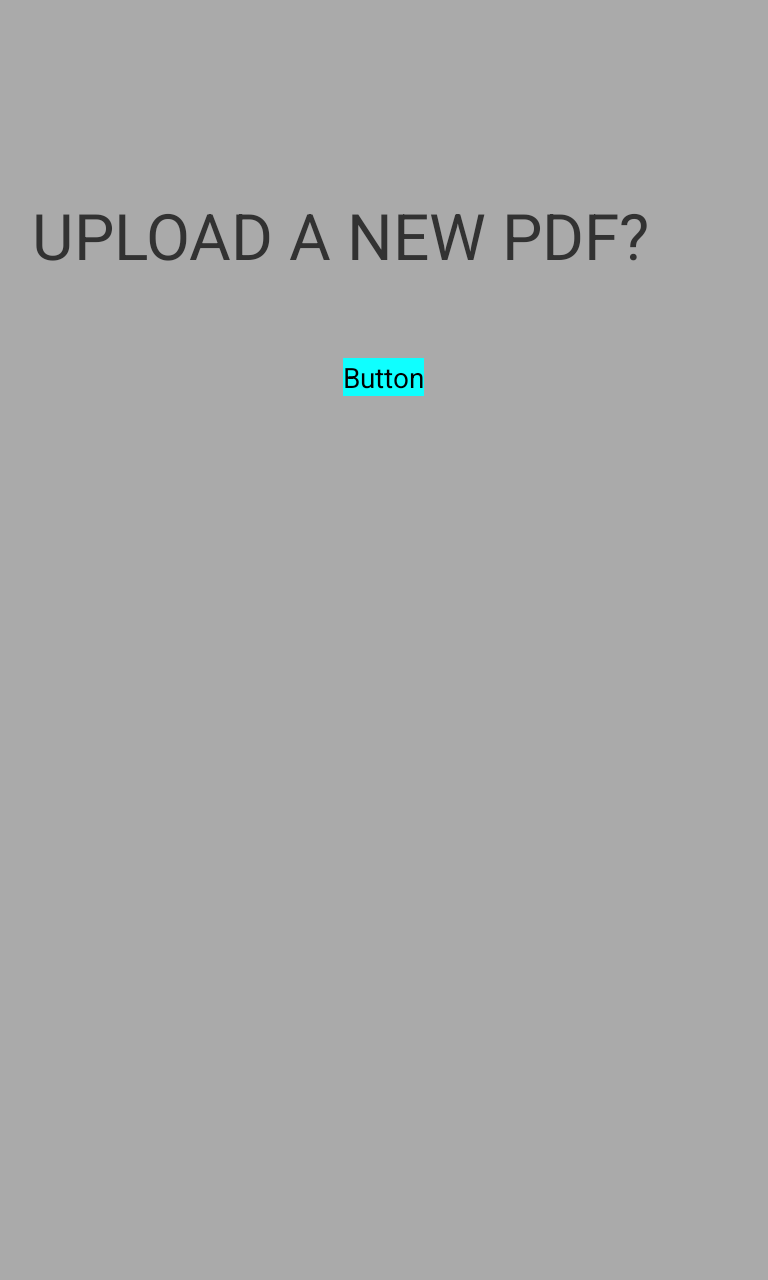
Repository: nick11roberts/Moka-Scanr
Layout: Document Uploader/res/layout/activity_options.xml
An editor plug-in stored every save of this project. The layout is shown before and after the next save, followed by the edit.
It is drawn on a 768 x 1280 px phone screen (xhdpi) without system bars, with theme android:Theme.Light.NoTitleBar; the app's code is not run.

Above is the layout before, as saved 2014-05-29 06:19:03.

After the next save:
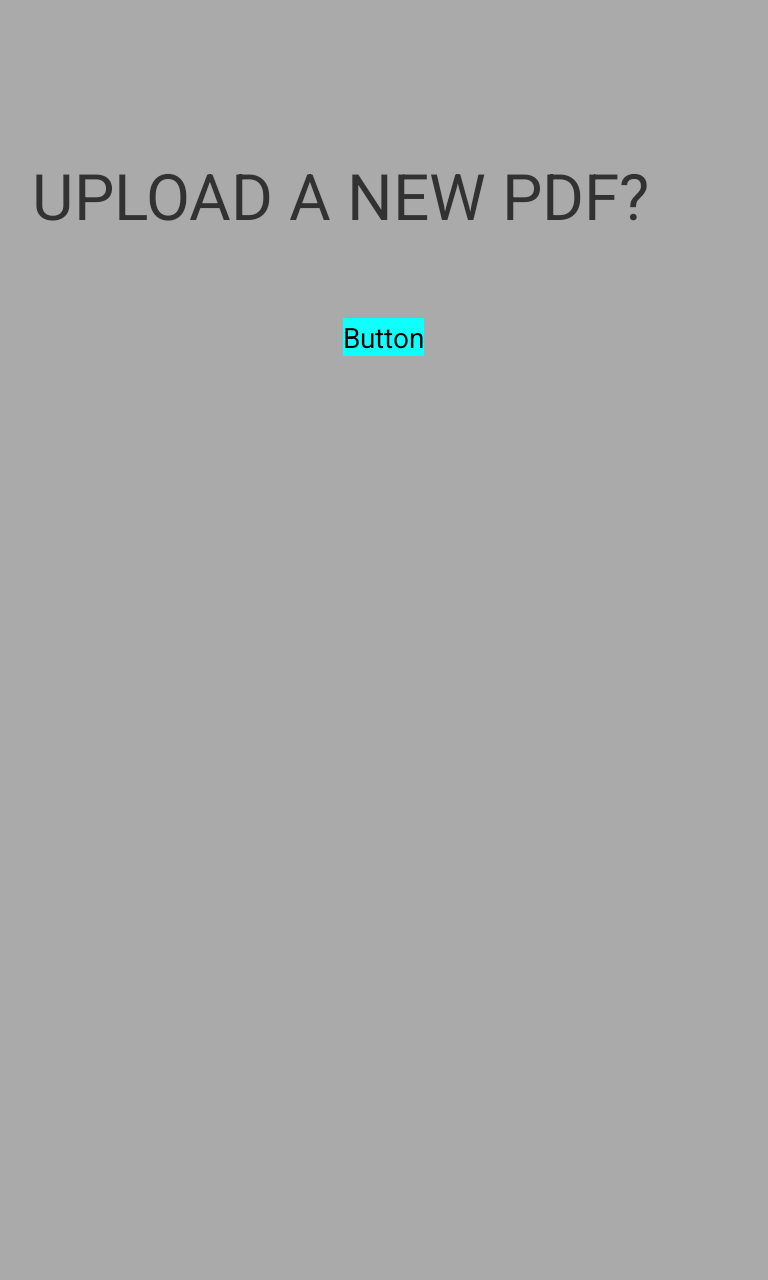
Saved 11 s later.
--- a/Document Uploader/res/layout/activity_options.xml
+++ b/Document Uploader/res/layout/activity_options.xml
@@ -15,7 +15,7 @@
     <TextView
         android:layout_width="match_parent"
         android:layout_height="wrap_content"
-        android:paddingTop="80dp"
+        android:paddingTop="60dp"
         android:paddingBottom="40dp"
         android:text="@string/main_heading"
         android:textAllCaps="true"
